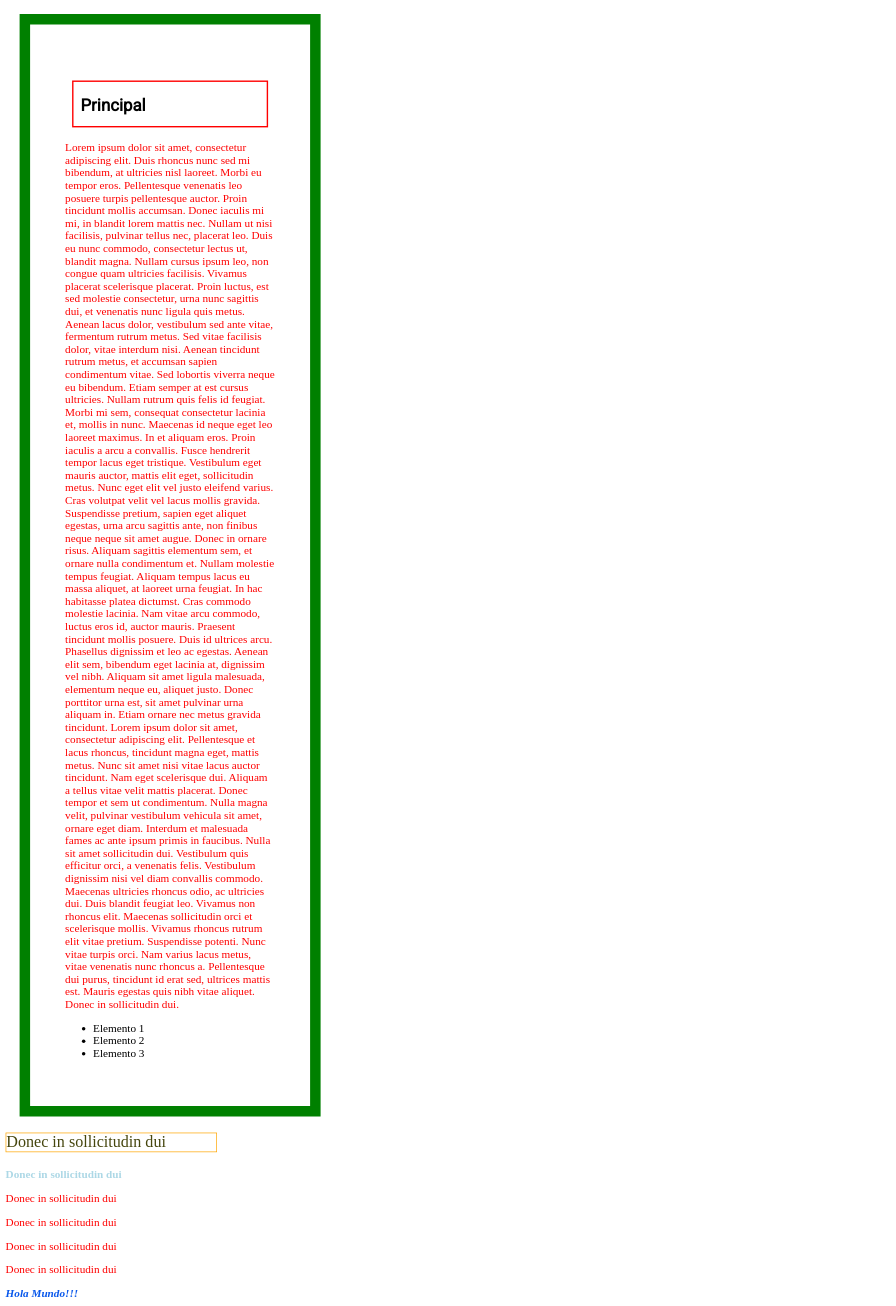
Repository: PabloSebastianPorto/Entrega-CV-1-ARG-PROG
Page: css.html
An editor plug-in stored every save of this project. The page is shown before and after the next save, followed by the edit.
The browser window is 1280 px wide. The pictures show the whole page, at 70% of full size.
Some web fonts or font styles are not loaded; a fallback is used.

Above is the page before, as saved 2023-01-18 11:21:34.

### css.html
<!DOCTYPE html>
<html lang="es">
  <head>
    <meta charset="UTF-8" />
    <meta http-equiv="X-UA-Compatible" content="IE=edge" />
    <meta name="viewport" content="width=device-width, initial-scale=1.0" />
    <title>CSS Ejemplo</title>
    <link rel="stylesheet" href="css/Styles.css" />
    <link rel="preconnect" href="https://fonts.googleapis.com" />
    <link rel="preconnect" href="https://fonts.gstatic.com" crossorigin />
    <link
      href="https://fonts.googleapis.com/css2?family=Bungee+Spice&family=Roboto&display=swap"
      rel="stylesheet"
    />
  </head>
  <body>
    <section>
      <h1>Principal</h1>
      <p>
        Lorem ipsum dolor sit amet, consectetur adipiscing elit. Duis rhoncus
        nunc sed mi bibendum, at ultricies nisl laoreet. Morbi eu tempor eros.
        Pellentesque venenatis leo posuere turpis pellentesque auctor. Proin
        tincidunt mollis accumsan. Donec iaculis mi mi, in blandit lorem mattis
        nec. Nullam ut nisi facilisis, pulvinar tellus nec, placerat leo. Duis
        eu nunc commodo, consectetur lectus ut, blandit magna. Nullam cursus
        ipsum leo, non congue quam ultricies facilisis. Vivamus placerat
        scelerisque placerat. Proin luctus, est sed molestie consectetur, urna
        nunc sagittis dui, et venenatis nunc ligula quis metus. Aenean lacus
        dolor, vestibulum sed ante vitae, fermentum rutrum metus. Sed vitae
        facilisis dolor, vitae interdum nisi. Aenean tincidunt rutrum metus, et
        accumsan sapien condimentum vitae. Sed lobortis viverra neque eu
        bibendum. Etiam semper at est cursus ultricies. Nullam rutrum quis felis
        id feugiat. Morbi mi sem, consequat consectetur lacinia et, mollis in
        nunc. Maecenas id neque eget leo laoreet maximus. In et aliquam eros.
        Proin iaculis a arcu a convallis. Fusce hendrerit tempor lacus eget
        tristique. Vestibulum eget mauris auctor, mattis elit eget, sollicitudin
        metus. Nunc eget elit vel justo eleifend varius. Cras volutpat velit vel
        lacus mollis gravida. Suspendisse pretium, sapien eget aliquet egestas,
        urna arcu sagittis ante, non finibus neque neque sit amet augue. Donec
        in ornare risus. Aliquam sagittis elementum sem, et ornare nulla
        condimentum et. Nullam molestie tempus feugiat. Aliquam tempus lacus eu
        massa aliquet, at laoreet urna feugiat. In hac habitasse platea
        dictumst. Cras commodo molestie lacinia. Nam vitae arcu commodo, luctus
        eros id, auctor mauris. Praesent tincidunt mollis posuere. Duis id
        ultrices arcu. Phasellus dignissim et leo ac egestas. Aenean elit sem,
        bibendum eget lacinia at, dignissim vel nibh. Aliquam sit amet ligula
        malesuada, elementum neque eu, aliquet justo. Donec porttitor urna est,
        sit amet pulvinar urna aliquam in. Etiam ornare nec metus gravida
        tincidunt. Lorem ipsum dolor sit amet, consectetur adipiscing elit.
        Pellentesque et lacus rhoncus, tincidunt magna eget, mattis metus. Nunc
        sit amet nisi vitae lacus auctor tincidunt. Nam eget scelerisque dui.
        Aliquam a tellus vitae velit mattis placerat. Donec tempor et sem ut
        condimentum. Nulla magna velit, pulvinar vestibulum vehicula sit amet,
        ornare eget diam. Interdum et malesuada fames ac ante ipsum primis in
        faucibus. Nulla sit amet sollicitudin dui. Vestibulum quis efficitur
        orci, a venenatis felis. Vestibulum dignissim nisi vel diam convallis
        commodo. Maecenas ultricies rhoncus odio, ac ultricies dui. Duis blandit
        feugiat leo. Vivamus non rhoncus elit. Maecenas sollicitudin orci et
        scelerisque mollis. Vivamus rhoncus rutrum elit vitae pretium.
        Suspendisse potenti. Nunc vitae turpis orci. Nam varius lacus metus,
        vitae venenatis nunc rhoncus a. Pellentesque dui purus, tincidunt id
        erat sed, ultrices mattis est. Mauris egestas quis nibh vitae aliquet.
        Donec in sollicitudin dui.
      </p>
      <ul>
        <li>Elemento 1</li>
        <li>Elemento 2</li>
        <li>Elemento 3</li>
      </ul>
    </section>
    <p id="mi_parrafo">Donec in sollicitudin dui</p>
    <p class="estaesmiclase">Donec in sollicitudin dui</p>
    <p>Donec in sollicitudin dui</p>
    <p>Donec in sollicitudin dui</p>
    <p>Donec in sollicitudin dui</p>
    <p>Donec in sollicitudin dui</p>

    <span class="clase2">Hola Mundo!!!</span>
  </body>
</html>

### CSS/Styles.css
p {
  color: red;
  width: 300px;
}
/**
Esto es un comentario dentro de un documento de CSS
*/

h1 {
  font-family: "Bungee Spice", cursive;
  font-family: "Roboto", sans-serif;
  border: 2px solid red;
  padding: 5px;
  margin-top: 30px;
  margin-bottom: 20px;
  margin-left: 10px;
  margin-right: 10px;
  padding-top: 20px;
  padding-bottom: 15px;
  padding-left: 10px;
  padding-right: 10px;
}

section {
  width: 300px;
  border: 15px solid green;
  padding: 50px;
  margin: 20px;
}

#mi_parrafo {
  color: rgb(70, 70, 14);
  font-size: 23px;
  border: 1px solid orange;
}
.estaesmiclase {
  font-weight: bold;
  color: lightblue;
}
.clase2 {
  font-weight: bolder;
  color: rgb(8, 87, 235);
  font-style: oblique;
}

After the next save:
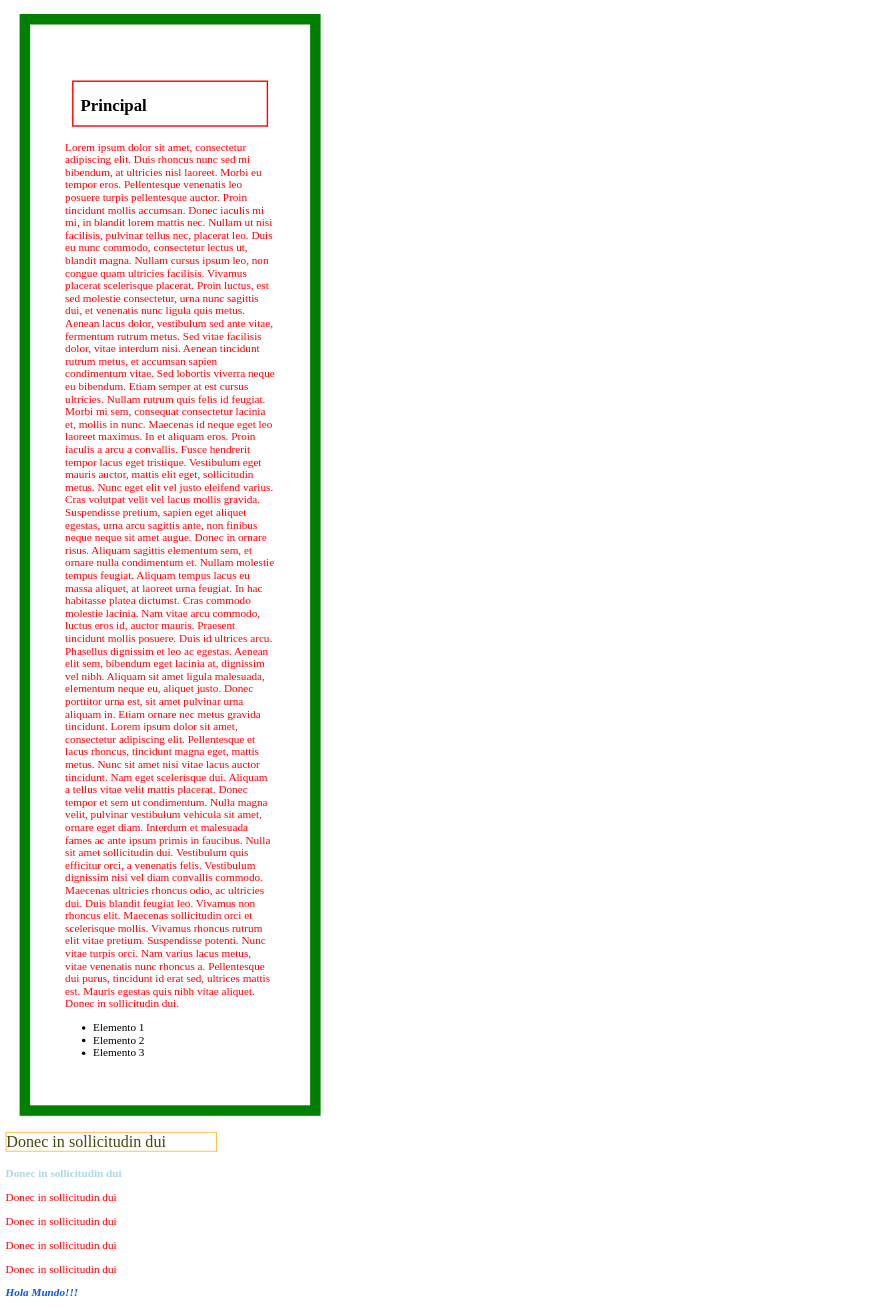
Saved 42 s later.
--- a/CSS/Styles.css
+++ b/CSS/Styles.css
@@ -8,7 +8,7 @@
 
 h1 {
   font-family: "Bungee Spice", cursive;
-  font-family: "Roboto", sans-serif;
+
   border: 2px solid red;
   padding: 5px;
   margin-top: 30px;
